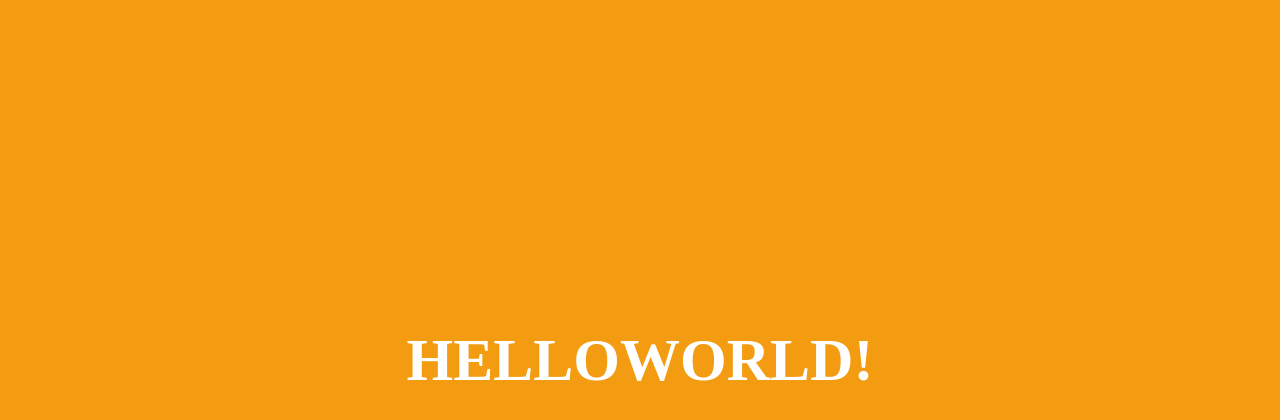
Repository: phong121020/Text-Animation
Page: assets/index.html
The author's editor kept a copy of each file at every save. The page is drawn from the files as they stood at one save, then again after the next save.
The browser window is 1280 px wide. The pictures show the whole page.

Above is the page before, as saved 2022-03-11 18:19:37.

### assets/index.html
<!DOCTYPE html>
<html lang="en">
  <head>
    <meta charset="UTF-8" />
    <meta http-equiv="X-UA-Compatible" content="IE=edge" />
    <meta name="viewport" content="width=device-width, initial-scale=1.0" />
    <link rel="stylesheet" href="./style.css" />
    <link rel="stylesheet" href="./reset.css" />
    <title>Document</title>
  </head>
  <body>
    <h1>HELLO WORLD!</h1>
    <script src="./app.js"></script>
  </body>
</html>

### assets/style.css
* {
  padding: 0;
  margin: 0;
  box-sizing: border-box;
}
body {
  height: 100vh;
  width: 100vw;
  display: flex;
  justify-content: center;
  align-items: center;
  background-color: #f39c12;
}
h1 {
  font-size: 60px;
  color: #fff;
}
span {
  opacity: 0;
  transition: all 1s ease;
  transform: translateY(-40px);
  display: inline-block;
}
span.fade {
  opacity: 1;
  transform: translateY(0);
}

### assets/app.js
const text = document.querySelector("h1");
const strText = text.textContent;
const splitText = strText.split("");
console.log(splitText);

text.textContent = "";
for (let i = 0; i < splitText.length; i++) {
  text.innerHTML += "<span> " + splitText[i] + "</span>";
}

let char = 0;
let timer = setInterval(onTick, 50);
function onTick() {
  const span = text.querySelectorAll("span")[char];
  span.classList.add("fade");
  char++;
  if (char === splitText.length) {
    complete();
    return;
  }
}

function complete() {
  clearInterval(timer);
  timer = null;
}

Loaded but not shown: assets/reset.css (common file)

After the next save:
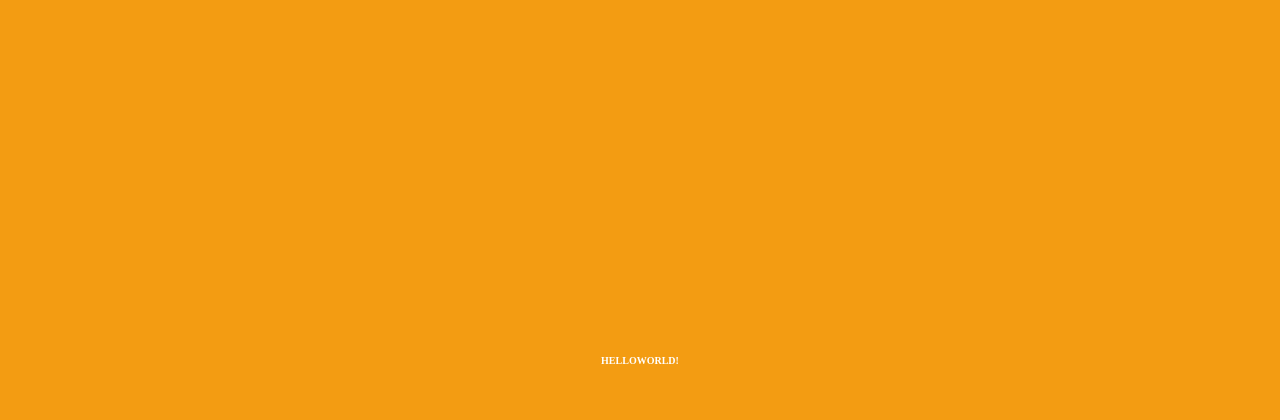
Saved 31 s later.
--- a/assets/style.css
+++ b/assets/style.css
@@ -12,7 +12,7 @@
   background-color: #f39c12;
 }
 h1 {
-  font-size: 60px;
+  font-size: 10px;
   color: #fff;
 }
 span {

After the save that followed:
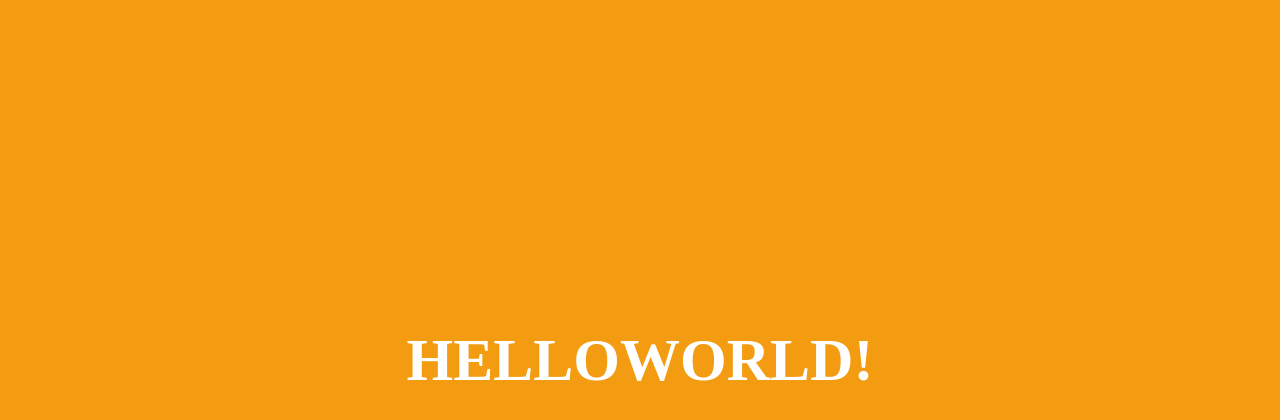
Saved 5 s later.
--- a/assets/style.css
+++ b/assets/style.css
@@ -12,7 +12,7 @@
   background-color: #f39c12;
 }
 h1 {
-  font-size: 10px;
+  font-size: 60px;
   color: #fff;
 }
 span {
